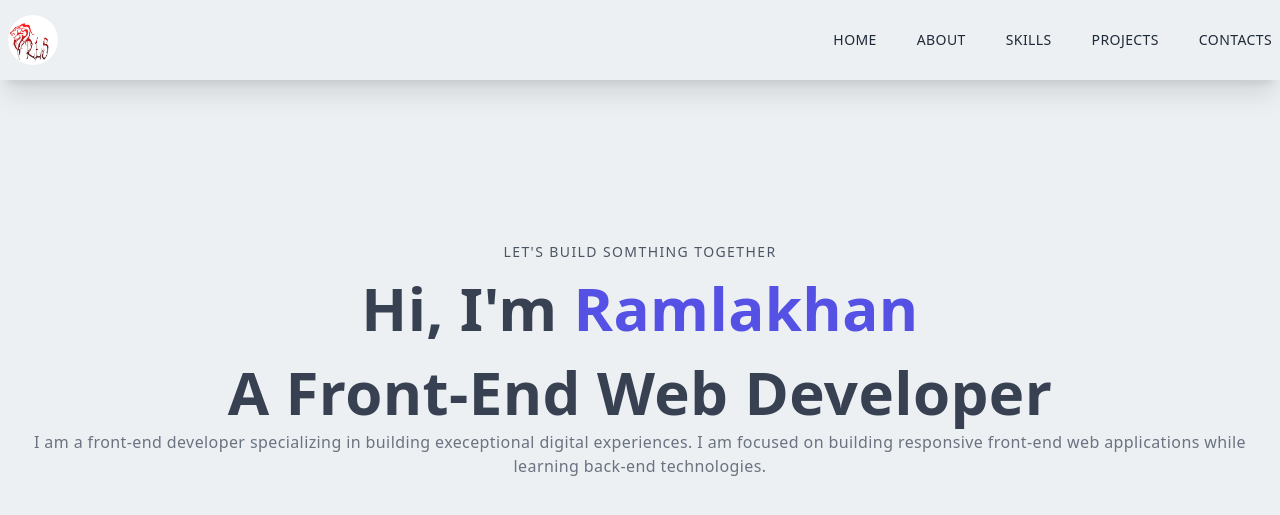
Repository: ram2642/portfolio-using-next-js
Page: /
An editor plug-in stored every save of this project. The page is shown before and after a run of saves, followed by the edit.
The browser window is 1280 px wide. The pictures show the whole page.
The project was rebuilt for these pictures with package versions that can differ from the ones it lists, and the page was loaded fresh each time. The framework's server and built-in components were replaced by stand-ins that run in the browser. Also part of the build but not shown: next.config.js.

Above is the page before, as saved 2022-09-04 01:56:45.

### pages/index.js
// import { Main } from 'next/document'
import Head from 'next/head'
import Image from 'next/image'
import Main from '../components/Main'
import Navbar from '../components/Navbar'


export default function Home() {
  return (
    <div className="">
      <Head>
        <title>Ramlakhan | Front-End Developer</title>
        <meta name="description" content="Generated by create next app" />
        <link rel="icon" href="/favicon.ico" />
      </Head>
      <Navbar/>
      <Main/>

    </div>
  )
}

### styles/globals.css
@tailwind base;
@tailwind components;
@tailwind utilities;


@layer base {
  body {
    @apply bg-[#ecf0f3] text-[#1f2937] tracking-wide
  }
  h1, h2, h3, h4, h5, h6 {
    @apply font-bold;
  }
  h1 {
    @apply text-4xl sm:text-5xl md:text-6xl;
  }
  h2 {
    @apply text-3xl sm:text-4xl;
  }
  li {
    @apply cursor-pointer;
  }
  button {
    @apply shadow-xl shadow-gray-400 rounded-xl uppercase bg-gradient-to-r from-[#5651e5] to-[#709dff] text-white
  }
  }

### components/Main.jsx
import React from 'react'

const Main = () => {
  return (
    <div className='w-full h-screen text-center'>
   <div className='max-w-[1240px] w-full h-full mx-auto p-2 flex justify-center items-center'>
    <div>
      <p className='uppercase text-sm tracking-widest text-gray-600'>Let's build somthing together</p>
      <h1 className='py-4 text-gray-700'>
        Hi, I'm <span className='text-[#5651e5]'> Ramlakhan</span>
      </h1>
      <h1 className='py-2 text-gray-700'>
        A Front-End Web Developer
      </h1>
      <p className='text-gray-500'>
        I am a front-end developer specializing in building execeptional digital experiences. I am focused on building responsive front-end web applications while learning back-end technologies.
      </p>
    </div>

   </div>
    </div>
  )
}

export default Main

### components/Navbar.jsx
import Image from "next/image";
import React, { useState } from "react";
import Link from "next/link";
import { AiOutlineClose, AiOutlineMenu, AiOutlineMail } from "react-icons/ai";
import { FaLinkedinIn, FaGithub } from "react-icons/fa";
import { BsFillPersonLinesFill } from "react-icons/bs";

const Navbar = () => {
  const [nav, setNav] = useState(false);

  const handleNav = () => {
    setNav(!nav);
  };
  return (
    <div className="fixed w-full h-20 shadow-xl z-[100]">
      <div className="flex justify-between items-center w-full h-full px-2 2xl:px-16">
        <Image
          className="rounded-full cursor-pointer"
          src="data:[embedded picture, 6010 characters]"
          alt=""
          width="50"
          height="50"
        />
        <div>
          <ul className="hidden md:flex">
            <Link href="/">
              <li className="ml-10 text-sm uppercase hover:border-b">Home</li>
            </Link>
            <Link href="/">
              <li className="ml-10 text-sm uppercase hover:border-b">About</li>
            </Link>
            <Link href="/">
              <li className="ml-10 text-sm uppercase hover:border-b">Skills</li>
            </Link>
            <Link href="/">
              <li className="ml-10 text-sm uppercase hover:border-b">
                Projects
              </li>
            </Link>
            <Link href="/">
              <li className="ml-10 text-sm uppercase hover:border-b">
                Contacts
              </li>
            </Link>
          </ul>
          <div onClick={handleNav} className="md:hidden cursor-pointer">
            <AiOutlineMenu size={25} />
          </div>
        </div>
      </div>
      <div className={nav ? 'md:hidden fixed left-0 top-0 w-full h-screen bg-black/70' : ''}>
        <div className={nav ? "fixed left-0 top-0 w-[75%] sm:w-[60%] md:w-[45%] h-screen bg-[#ecf0f3] p-10 ease-in duration-500" : "fixed left-[-100%] top-0  p-10 ease-in duration-500"}>
          <div>
            <div className="flex w-full items-center justify-between">
              <Image
                className="rounded-full cursor-pointer"
                src="data:[embedded picture, 6010 characters]"
                alt=""
                width="50"
                height="50"
              />
              <div onClick={handleNav} className="rounded-full shadow-lg shadow-gray-400 p-3 cursor-pointer">
                <AiOutlineClose />
              </div>
            </div>
            <div className="border-b border-gray-300 my-4">
              <p className="w-[85%] md:w-[905] PY-4">
                Let's builds something legendary together
              </p>
            </div>
          </div>
          <div className="py-4 flex flex-col">
            <ul className="uppercase">
              <Link href="/">
                <li className="py-4 text-sm">Home</li>
              </Link>
              <Link href="/">
                <li className="py-4 text-sm">About</li>
              </Link>
              <Link href="/">
                <li className="py-4 text-sm">Skills</li>
              </Link>
              <Link href="/">
                <li className="py-4 text-sm">Projects</li>
              </Link>
              <Link href="/">
                <li className="py-4 text-sm">Contacts</li>
              </Link>
            </ul>
            <div className="pt-40">
              <p className="uppercase tracking-widest text-[#5651e5]">
                Let's Connect
              </p>
              <div className="flex items-center justify-between my-4 w-full sm:w-[80%]">
                <div className="rounded-full shadow-lg shadow-gray-400 p-3 cursor-pointer hover:scale-105 ease-in duration-300">
                  <FaLinkedinIn />
                </div>
                <div className="rounded-full shadow-lg shadow-gray-400 p-3 cursor-pointer hover:scale-105 ease-in duration-300">
                  <FaGithub />
                </div>
                <div className="rounded-full shadow-lg shadow-gray-400 p-3 cursor-pointer hover:scale-105 ease-in duration-300">
                  <AiOutlineMail />
                </div>
                <div className="rounded-full shadow-lg shadow-gray-400 p-3 cursor-pointer hover:scale-105 ease-in duration-300">
                  <BsFillPersonLinesFill />
                </div>
              </div>
            </div>
          </div>
        </div>
      </div>
    </div>
  );
};

export default Navbar;

Loaded but not shown: pages/_app.js (common file); tailwind.config.js (common file)

After the next 2 saves:
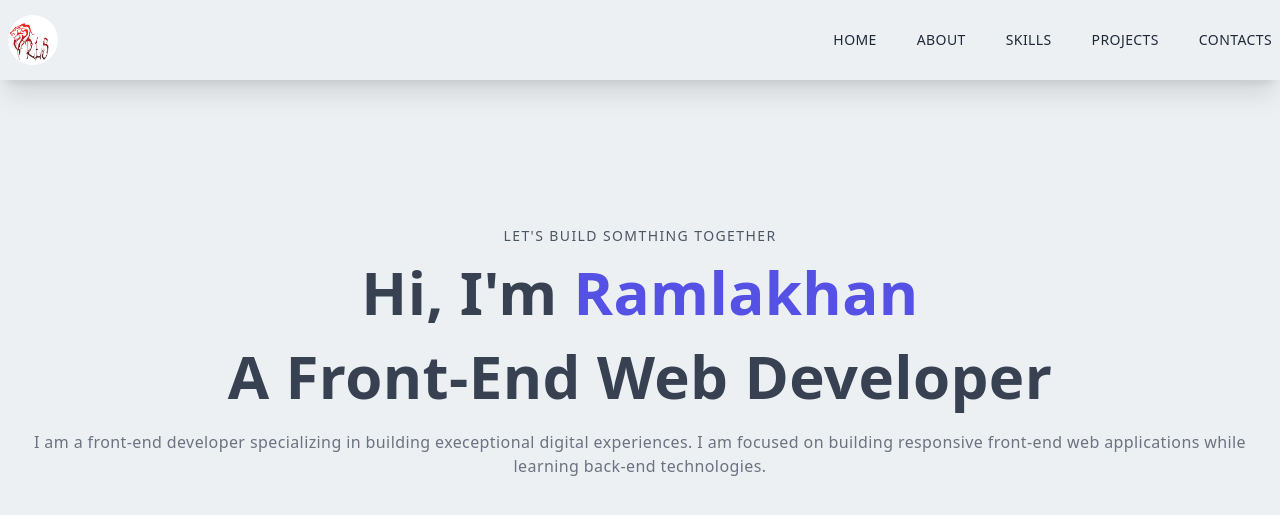
The 2 saves are shown as one change because they came seconds apart.
The last was saved 7 s later.
--- a/components/Main.jsx
+++ b/components/Main.jsx
@@ -12,7 +12,7 @@ const Main = () => {
       <h1 className='py-2 text-gray-700'>
         A Front-End Web Developer
       </h1>
-      <p className='text-gray-500'>
+      <p className='text-gray-500 py-4'>
         I am a front-end developer specializing in building execeptional digital experiences. I am focused on building responsive front-end web applications while learning back-end technologies.
       </p>
     </div>
